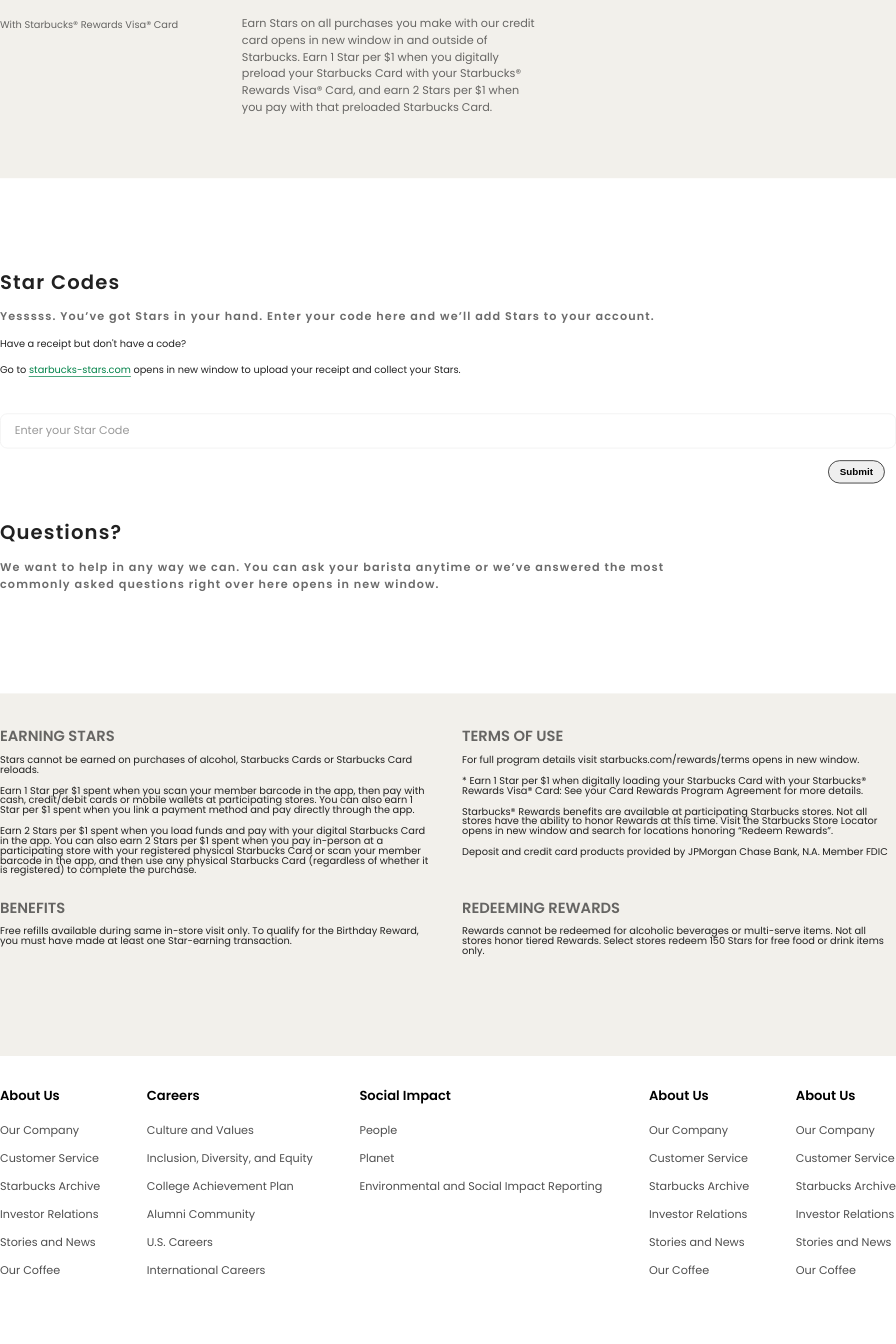
Repository: Akashiii1/StarBucks
Page: index.html
An editor plug-in stored every save of this project. The page is shown before and after the next save, followed by the edit.
The browser window is 1280 px wide. The pictures show the part of the page from y = 3201 to 5121 px (the page is 5121 px tall), at 70% of full size.

Above is the page before, as saved 2022-02-03 23:57:24.

### index.html
<!DOCTYPE html>
<html lang="en">
  <head>
    <meta charset="UTF-8" />
    <meta http-equiv="X-UA-Compatible" content="IE=edge" />
    <meta name="viewport" content="width=device-width, initial-scale=1.0" />
    <title>StarBucks</title>
    <link rel="preconnect" href="https://fonts.gstatic.com" />
    <link
      href="https://fonts.googleapis.com/css2?family=Poppins:wght@400;600&display=swap"
      rel="stylesheet"
    />
    <link
      rel="stylesheet"
      href="https://cdnjs.cloudflare.com/ajax/libs/font-awesome/4.7.0/css/font-awesome.min.css"
      integrity="sha512-SfTiTlX6kk+qitfevl/7LibUOeJWlt9rbyDn92a1DqWOw9vWG2MFoays0sgObmWazO5BQPiFucnnEAjpAB+/Sw=="
      crossorigin="anonymous"
    />
    <link rel="stylesheet" href="./Style/style.css" />
  </head>

  <body>
    <div class="main">
      <header id="header">
        <nav class="nav container">
          <div class="logo">
            <img src="./Img/Starbucks-Logo.png" alt="" />
          </div>

          <div class="d-flex w-100">
            <ul class="nav-list">
              <li><a href="#">Menu</a></li>
              <li><a href="#">Rewards</a></li>
              <li><a href="#">Gift Cards</a></li>
            </ul>

            <div class="sub-nav d-flex">
              <a href="#" class="location"
                ><i class="fa fa-map-marker" aria-hidden="true"></i> Find a
                Store</a
              >
              <div class="double-click">
                <button class="btn bgw">Sign in</button>
                <button class="btn bgb">Join Now</button>
              </div>
            </div>
          </div>

          <i class="fa fa-bars ham" aria-hidden="true"></i>
        </nav>
        <div class="container">
          <div class="banner c-green d-flex">
            <h3>STARBUCKS® REWARDS</h3>
            <button class="btn bgr">Join the app</button>
          </div>
        </div>
      </header>
      <section id="hero">
        <div class="hero container">
          <div class="slogan">
            <h2 class="hero-heading">FREE COFFEE IS A TAP AWAY</h2>
            <p class="hero-desc">Join now to start earning Rewards.</p>
            <div class="sub-hero">
              <button class="btn">Join now</button>
              <p class="hero-subdesc subdescdk">
                Or <a href="">join in the app</a> for the best experience
              </p>
              <p class="hero-subdesc subdescmb">
                <a href="">Or join in online</a>
              </p>
            </div>
          </div>
        </div>
      </section>
      <!-- Review -->
      <section id="review">
        <div class="heading-text">
          <h2>Getting started is easy</h2>
          <p>Earn Stars and get rewarded in a few easy steps.</p>
        </div>
        <div class="review container">
          <div class="review-item">
            <div class="ri-img">
              <img src="./Img/getting-started-1_2x.jpg" alt="" />
            </div>
            <div class="ri-content">
              <h3 class="review-heading">Create an account</h3>
              <p>
                To get started, <a href="">join now</a>. You can also
                <a href="">join in the app</a> to get access to the full range
                of Starbucks® Rewards benefits.
              </p>
            </div>
          </div>

          <div class="review-item">
            <div class="ri-img">
              <img src="./Img/getting-started-2_2x.jpg" alt="" />
            </div>
            <div class="ri-content">
              <h3 class="review-heading">Order and pay how you’d like</h3>
              <p>
                TUse cash, credit/debit card or save some time and pay right
                through the app. You’ll collect Stars all ways.
                <a href="">Learn how</a>
              </p>
            </div>
          </div>

          <div class="review-item">
            <div class="ri-img">
              <img src="./Img/getting-started-3_2x.jpg" alt="" />
            </div>
            <div class="ri-content">
              <h3 class="review-heading">Earn Stars, get Rewards</h3>
              <p>
                As you earn Stars, you can redeem them for Rewards—like free
                food, drinks, and more. Start redeeming with as little as 25
                Stars!
              </p>
            </div>
          </div>
        </div>
      </section>

      <!-- Star -->
      <section id="star">
        <div class="heading-text">
          <h2>Get your favorites for free</h2>
        </div>
        <div class="container">
          <div class="tab-list">
            <button class="tab-item active" data-item="i25">
              <span>25</span>
              <span><i class="fa fa-star" aria-hidden="true"></i></span>
            </button>
            <button class="tab-item" data-item="i50">
              <span>50</span>
              <span><i class="fa fa-star" aria-hidden="true"></i></span>
            </button>
            <button class="tab-item" data-item="i150">
              <span>150</span>
              <span><i class="fa fa-star" aria-hidden="true"></i></span>
            </button>
            <button class="tab-item" data-item="i200">
              <span>200</span>
              <span><i class="fa fa-star" aria-hidden="true"></i></span>
            </button>
            <button class="tab-item" data-item="i400">
              <span>400</span>
              <span><i class="fa fa-star" aria-hidden="true"></i></span>
            </button>
          </div>
        </div>
        <div class="container sub-tab">
          <div class="tab-content active" data-tab="i25">
            <div class="tab-img">
              <img src="./Img/025.jpg" alt="" />
            </div>
            <div class="tab-desc">
              <h3>Customize your drink</h3>
              <p>
                Make your drink just right with an extra espresso shot, dairy
                substitute or a dash of your favorite syrup.
              </p>
            </div>
          </div>

          <div class="tab-content" data-tab="i50">
            <div class="tab-img">
              <img src="./Img/050.jpg" alt="" />
            </div>
            <div class="tab-desc">
              <h3>Brewed hot coffee, bakery item or hot tea</h3>
              <p>
                Pair coffee cake or an almond croissant with your fresh cup of
                hot brew.
              </p>
            </div>
          </div>

          <div class="tab-content" data-tab="i150">
            <div class="tab-img">
              <img src="./Img/150.jpg" alt="" />
            </div>
            <div class="tab-desc">
              <h3>Handcrafted drink, hot breakfast or parfait</h3>
              <p>
                Have a really good morning with a breakfast sandwich, oatmeal or
                your favorite drink.
              </p>
            </div>
          </div>

          <div class="tab-content" data-tab="i200">
            <div class="tab-img">
              <img src="./Img/200.jpg" alt="" />
            </div>
            <div class="tab-desc">
              <h3>Salad, sandwich or protein box</h3>
              <p>
                Nourish your day with a hearty Chipotle Chicken Wrap or Eggs &
                Cheese Protein Box..
              </p>
            </div>
          </div>

          <div class="tab-content" data-tab="i400">
            <div class="tab-img">
              <img src="./Img/400.jpg" alt="" />
            </div>
            <div class="tab-desc">
              <h3>Select merchandise or at-home coffee</h3>
              <p>
                Take home a signature cup, a bag of coffee or your choice of
                select coffee accessories..
              </p>
            </div>
          </div>
        </div>
      </section>

      <!-- Endless -->
      <section id="endless">
        <div class="heading-text">
          <h2>Endless Extras</h2>
          <p>
            Joining Starbucks® Rewards means unlocking access to exclusive
            benefits. Say hello to easy ordering, tasty Rewards and—yes, free
            coffee.
          </p>
        </div>
        <div class="container">
          <div class="end">
            <div class="end-item">
              <div class="end-item-img">
                <img src="./Img/1-fun-freebies.jpg" alt="" />
              </div>
              <div class="sub-end-item">
                <h3 class="end-item-heading">Fun freebies</h3>
                <p class="end-item-desc">
                  Not only can you earn free coffee, look forward to a birthday
                  treat plus coffee and tea refills.
                </p>
                <a href="#">Learn More</a>
              </div>
            </div>

            <div class="end-item">
              <div class="end-item-img">
                <img src="./Img/2-order-and-pay-ahead.jpg" alt="" />
              </div>
              <div class="sub-end-item">
                <h3 class="end-item-heading">Order & pay ahead</h3>
                <p class="end-item-desc">
                  Enjoy the convenience of in-store, curbside or drive-thru
                  pickup at select stores..
                </p>
                <a href="#">Learn More</a>
              </div>
            </div>

            <div class="end-item">
              <div class="end-item-img">
                <img src="./Img/3-get-to-free-faster.jpg" alt="" />
              </div>
              <div class="sub-end-item">
                <h3 class="end-item-heading">Get to free faster</h3>
                <p class="end-item-desc">
                  Earn Stars even quicker with Bonus Star challenges, Double
                  Star Days and exciting games.
                </p>
                <a href="#">Learn More</a>
              </div>
            </div>
          </div>
        </div>
      </section>

      <!--  -->
      <section class="cash">
        <div class="container-full bgl">
          <div class="cash-content container">
            <div class="heading-text">
              <h2>Cash or card, you earn Stars</h2>
              <p>
                No matter how you pay, you can earn Stars with your morning
                coffee. Those Stars add up to (really delicious) Rewards..
              </p>
            </div>
            <div class="grid">
              <div class="grid-item">
                <div class="cash-item">
                  <p>1★Star per dollar</p>
                  <p>Pay as you go</p>
                </div>
                <div class="cash-subcontent">
                  <div class="cash-img">
                    <img src="./Img/1A.png" alt="" />
                  </div>
                  <div class="cash-text">
                    <h3>Scan and pay separately</h3>
                    <p>Use cash or credit/debit card at the register.</p>
                  </div>
                </div>
                <div class="cash-subcontent">
                  <div class="cash-img">
                    <img src="./Img/1B.png" alt="" />
                  </div>
                  <div class="cash-text">
                    <h3>Save payment in the app</h3>
                    <p>
                      Check-out faster by saving a credit/debit card or PayPal
                      to your account. You’ll be able to order ahead or scan and
                      pay at the register in one step.
                    </p>
                  </div>
                </div>
              </div>

              <div class="grid-item">
                <div class="cash-item">
                  <p>2★Stars per dollar</p>
                  <p>Add funds in the app</p>
                </div>
                <div class="cash-subcontent">
                  <div class="cash-img">
                    <img src="./Img/2A.png" alt="" />
                  </div>
                  <div class="cash-text">
                    <h3>Preload</h3>
                    <p>
                      To save time and earn Stars twice as fast, add money to
                      your digital Starbucks Card using any payment option. Scan
                      and pay in one step or order ahead in the app.
                    </p>
                  </div>
                </div>
                <div class="cash-subcontent">
                  <div class="cash-img">
                    <img src="./Img/2B.png" alt="" />
                  </div>
                  <div class="cash-text">
                    <h3>Register your gift card</h3>
                    <p>
                      Then use it to pay through the app. You can even
                      consolidate balances from multiple cards in one place.
                    </p>
                  </div>
                </div>
              </div>

              <div class="grid-item">
                <div class="cash-item">
                  <p>3★Stars per dollar</p>
                  <p>With Starbucks® Rewards Visa® Card</p>
                </div>
                <div class="cash-subcontent">
                  <div class="cash-img">
                    <img src="./Img/3A.png" alt="" />
                  </div>
                  <div class="cash-text">
                    <h3>Earn Stars even faster</h3>
                    <p>
                      Earn Stars on all purchases you make with our credit card
                      opens in new window in and outside of Starbucks. Earn 1
                      Star per $1 when you digitally preload your Starbucks Card
                      with your Starbucks® Rewards Visa® Card, and earn 2 Stars
                      per $1 when you pay with that preloaded Starbucks Card.
                    </p>
                  </div>
                </div>
              </div>
            </div>
          </div>
        </div>
      </section>

      <!-- starCode -->
      <section class="code">
        <div class="container">
          <div class="star">
            <div class="heading-text">
              <h2>Star Codes</h2>
              <p>
                Yesssss. You’ve got Stars in your hand. Enter your code here and
                we’ll add Stars to your account.
              </p>
            </div>

            <div class="code-details">
              <p>Have a receipt but don't have a code?</p>
              <p>
                Go to <a href="#">starbucks-stars.com</a> opens in new window to
                upload your receipt and collect your Stars.
              </p>
            </div>
          </div>

          <form class="form-field">
            <input
              type="text"
              name=""
              id=""
              class="form-input"
              placeholder=" "
            />
            <label for="name" class="form-label">Enter your Star Code</label>

            <button type="submit" class="btn formbtn">Submit</button>
          </form>

          <div class="questions">
            <div class="heading-text">
              <h2>Questions?</h2>
              <p>
                We want to help in any way we can. You can ask your barista
                anytime or we’ve answered the most commonly asked questions
                right over here opens in new window.
              </p>
            </div>
          </div>
        </div>
      </section>
      <!--  -->
      <section class="participating bgl">
        <div class="container party">
          <div class="sec section1">
            <h2>EARNING STARS</h2>
            <p>
              Stars cannot be earned on purchases of alcohol, Starbucks Cards or
              Starbucks Card reloads.
            </p>
            <p>
              Earn 1 Star per $1 spent when you scan your member barcode in the
              app, then pay with cash, credit/debit cards or mobile wallets at
              participating stores. You can also earn 1 Star per $1 spent when
              you link a payment method and pay directly through the app.
            </p>
            <p>
              Earn 2 Stars per $1 spent when you load funds and pay with your
              digital Starbucks Card in the app. You can also earn 2 Stars per
              $1 spent when you pay in-person at a participating store with your
              registered physical Starbucks Card or scan your member barcode in
              the app, and then use any physical Starbucks Card (regardless of
              whether it is registered) to complete the purchase.
            </p>
          </div>
          <div class="sec">
            <h2>TERMS OF USE</h2>
            <p>
              For full program details visit starbucks.com/rewards/terms opens
              in new window.
            </p>
            <p>
              * Earn 1 Star per $1 when digitally loading your Starbucks Card
              with your Starbucks® Rewards Visa® Card: See your Card Rewards
              Program Agreement for more details.
            </p>
            <p>
              Starbucks® Rewards benefits are available at participating
              Starbucks stores. Not all stores have the ability to honor Rewards
              at this time. Visit the Starbucks Store Locator opens in new
              window and search for locations honoring “Redeem Rewards”.
            </p>
            <p>
              Deposit and credit card products provided by JPMorgan Chase Bank,
              N.A. Member FDIC
            </p>
          </div>
          <div class="sec">
            <h2>BENEFITS</h2>
            <p>
              Free refills available during same in-store visit only. To qualify
              for the Birthday Reward, you must have made at least one
              Star-earning transaction.
            </p>
          </div>
          <div class="sec">
            <h2>REDEEMING REWARDS</h2>
            <p>
              Rewards cannot be redeemed for alcoholic beverages or multi-serve
              items. Not all stores honor tiered Rewards. Select stores redeem
              150 Stars for free food or drink items only.
            </p>
          </div>
        </div>
      </section>

      <!-- Footer -->
      <section class="footer">
        <div class="container ft-content">
          <div class="ft-item">
            <h3>About Us</h3>
            <ul>
              <li><a href="#">Our Company</a></li>
              <li><a href="#"> Customer Service</a></li>

              <li><a href="#"> Starbucks Archive</a></li>

              <li><a href="#"> Investor Relations</a></li>
              <li><a href="#"> Stories and News</a></li>
              <li><a href="#"> Our Coffee</a></li>
            </ul>
          </div>

          <div class="ft-item">
            <h3>Careers</h3>
            <ul>
              <li><a href="#">Culture and Values </a></li>
              <li><a href="#"> Inclusion, Diversity, and Equity</a></li>

              <li><a href="#"> College Achievement Plan</a></li>

              <li><a href="#"> Alumni Community</a></li>
              <li><a href="#"> U.S. Careers</a></li>
              <li><a href="#"> International Careers</a></li>
            </ul>
          </div>

          <div class="ft-item">
            <h3>Social Impact</h3>
            <ul>
              <li><a href="#">People

                </a></li>
              <li><a href="#"> Planet</a></li>

              <li><a href="#"> Environmental and Social Impact Reporting</a></li>


            </ul>
          </div>

          <div class="ft-item">
            <h3>About Us</h3>
            <ul>
              <li><a href="#">Our Company</a></li>
              <li><a href="#"> Customer Service</a></li>

              <li><a href="#"> Starbucks Archive</a></li>

              <li><a href="#"> Investor Relations</a></li>
              <li><a href="#"> Stories and News</a></li>
              <li><a href="#"> Our Coffee</a></li>
            </ul>
          </div>

          <div class="ft-item">
            <h3>About Us</h3>
            <ul>
              <li><a href="#">Our Company</a></li>
              <li><a href="#"> Customer Service</a></li>

              <li><a href="#"> Starbucks Archive</a></li>

              <li><a href="#"> Investor Relations</a></li>
              <li><a href="#"> Stories and News</a></li>
              <li><a href="#"> Our Coffee</a></li>
            </ul>
          </div>
        </div>
      </section>
    </div>

    <script src="./Style/starter.js"></script>
  </body>
</html>

Loaded but not shown: Style/starter.js (112 lines, source omitted); Style/style.css (835 lines, source omitted)

After the next save:
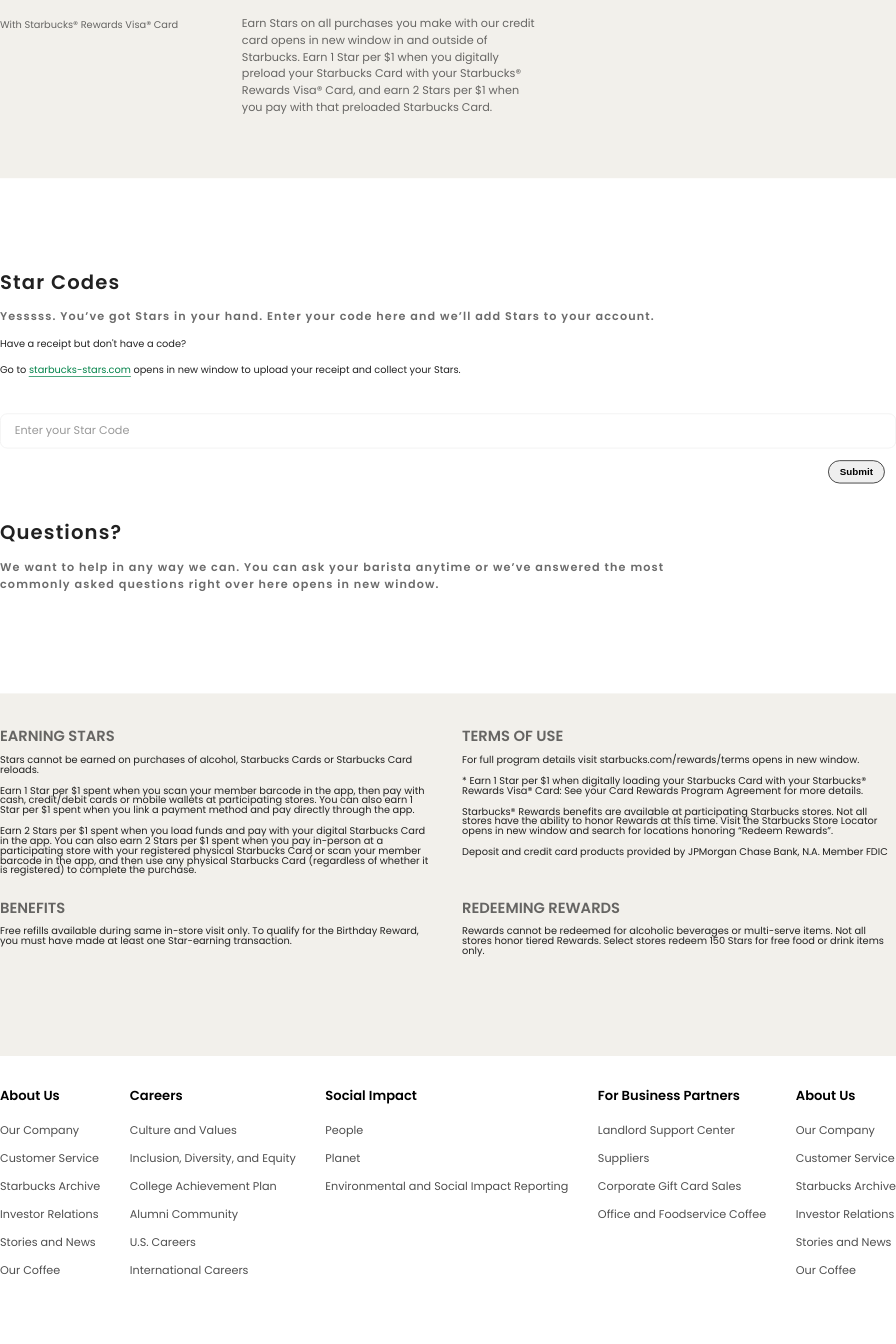
Saved 34 s later.
--- a/index.html
+++ b/index.html
@@ -533,16 +533,18 @@
           </div>
 
           <div class="ft-item">
-            <h3>About Us</h3>
+            <h3>For Business Partners</h3>
             <ul>
-              <li><a href="#">Our Company</a></li>
-              <li><a href="#"> Customer Service</a></li>
-
-              <li><a href="#"> Starbucks Archive</a></li>
-
-              <li><a href="#"> Investor Relations</a></li>
-              <li><a href="#"> Stories and News</a></li>
-              <li><a href="#"> Our Coffee</a></li>
+              <li><a href="#">Landlord Support Center
+
+
+               </a></li>
+              <li><a href="#"> Suppliers</a></li>
+
+              <li><a href="#"> Corporate Gift Card Sales</a></li>
+
+              <li><a href="#">  Office and Foodservice Coffee</a></li>
+
             </ul>
           </div>
 
